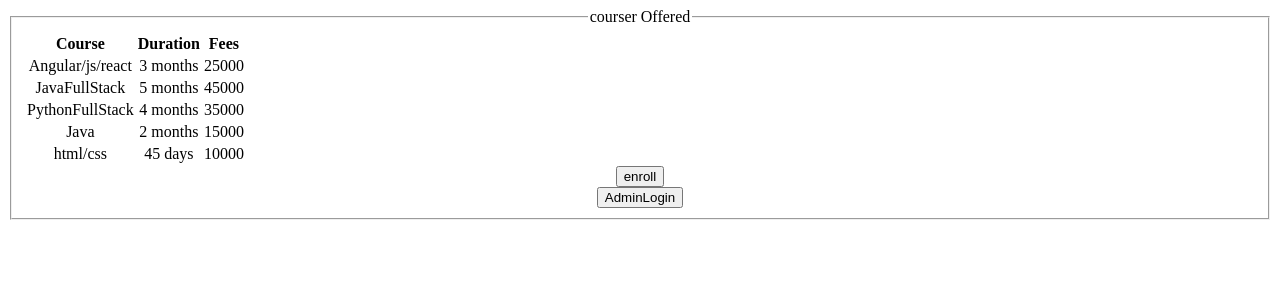
Repository: JanapatlaManojReddy/java
Page: http://localhost/institutionProject/
The author's editor kept a copy of each file at every save. The page is drawn from the files as they stood at one save, then again after the next save.
The browser window is 1280 px wide. The pictures show the whole page.
The page is served by Tomcat 9. Other server files are loaded and not shown.

Above is the page before, as saved 2023-08-19 11:14:46.

### institutionProject/src/main/webapp/welcome.jsp
<%@ page language="java" contentType="text/html; charset=ISO-8859-1"
    pageEncoding="ISO-8859-1"%>
<!DOCTYPE html>
<html>
<head>
<meta charset="ISO-8859-1">
<title>welcome to coding hub </title>
</head>
<body>
<form>
<fieldSet align="center">
<legend>courser Offered</legend>
<table>
<tr>
<th>Course </th>
<th>Duration</th>
<th>Fees</th>
</tr>
<tr>
<td>Angular/js/react</td>
<td>3 months</td>
<td>25000</td>

</tr>
<tr>
<td>JavaFullStack</td>
<td>5 months</td>
<td>45000</td>

</tr>
<tr>
<td>PythonFullStack</td>
<td>4 months</td>
<td>35000</td>

</tr>
<tr>
<td>Java</td>
<td>2 months</td>
<td>15000</td>

</tr>
<tr>
<td>html/css</td>
<td>45 days</td>
<td>10000</td>

</tr>
</table>
</feildSet>
<div><span><button a href="StudentRegistration.jsp"></a>enroll</button></span>
</div>
<div><span><button a href="ManagementLogin.jsp"></a>AdminLogin</button></span>
</div>
</form>

</body>
</html>

After the next save:
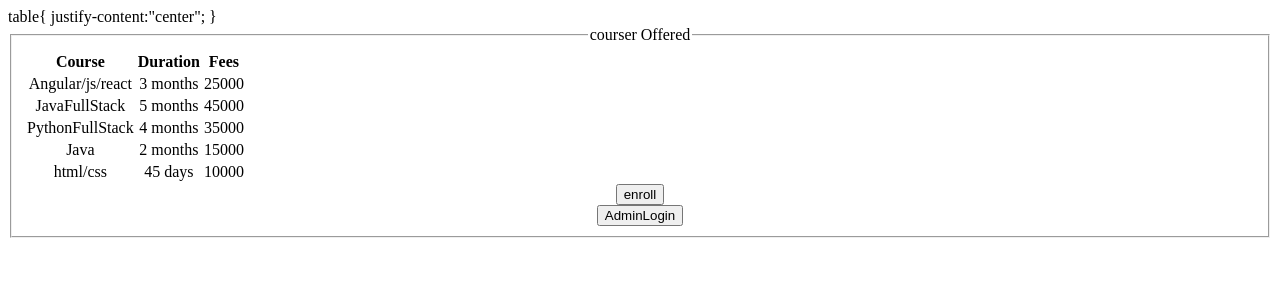
Saved 65 s later.
--- a/institutionProject/src/main/webapp/welcome.jsp
+++ b/institutionProject/src/main/webapp/welcome.jsp
@@ -5,6 +5,9 @@
 <head>
 <meta charset="ISO-8859-1">
 <title>welcome to coding hub </title>
+table{
+justify-content:"center";
+}
 </head>
 <body>
 <form>
